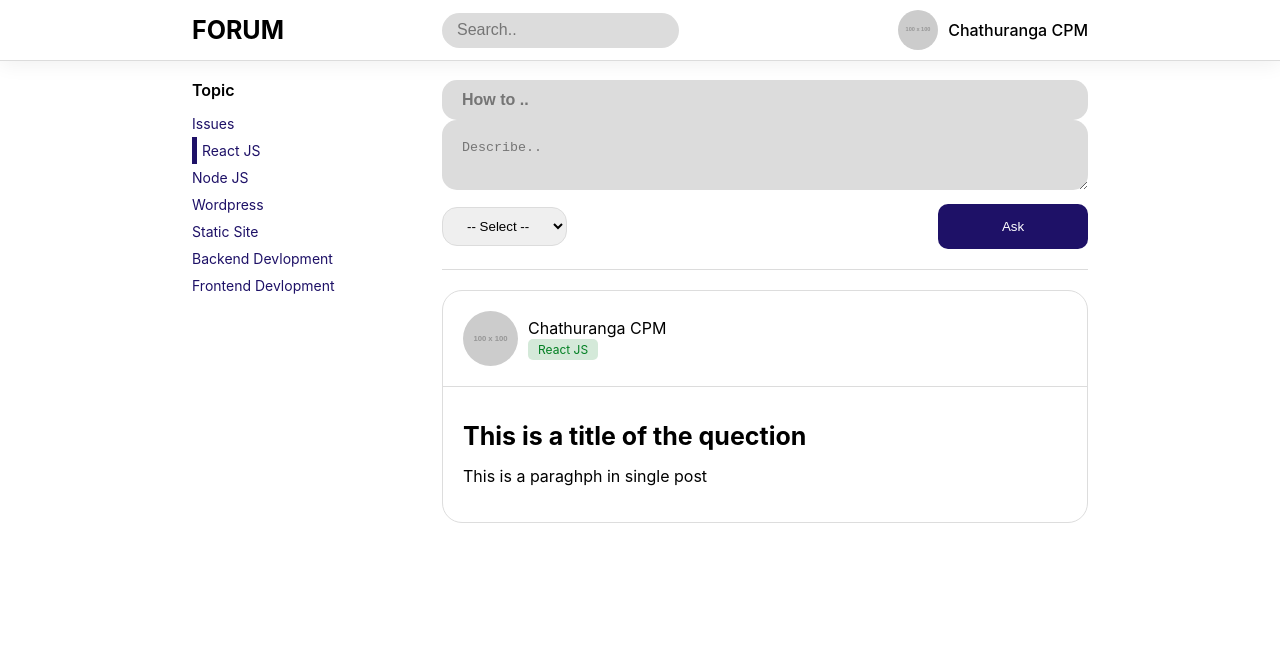
Repository: ChathurangaCPM/developer-forum
Page: / (app in client/)
The author's editor kept a copy of each file at every save. The page is drawn from the files as they stood at one save, then again after the next save.
The browser window is 1280 px wide. The pictures show the whole page.
The project was rebuilt for these pictures with package versions that can differ from the ones it lists, and the page was loaded fresh each time.

Above is the page before, as saved 2022-05-09 22:50:05.

### client/public/index.html
<!DOCTYPE html>
<html lang="en">
  <head>
    <meta charset="utf-8" />
    <link rel="icon" href="%PUBLIC_URL%/favicon.ico" />
    <meta name="viewport" content="width=device-width, initial-scale=1" />
    <meta name="theme-color" content="#000000" />
    <meta
      name="description"
      content="Web site created using create-react-app"
    />
    <link rel="apple-touch-icon" href="%PUBLIC_URL%/logo192.png" />
    <link rel="manifest" href="%PUBLIC_URL%/manifest.json" />

    <title>React App</title>
  </head>
  <body>
    <noscript>You need to enable JavaScript to run this app.</noscript>
    <div id="root"></div>

  </body>
</html>

### client/src/App.js
import MainHeader from "./components/MainHeader/MainHeader";
import SideBar from "./components/SideBar/SideBar";
import './App.min.css';
import AddQuestion from "./components/AddQuestion/AddQuestion";
import SingleQuestion from "./components/SingleQuestion/SingleQuestion";

function App() {
	return (
		<div className="main_wrapper">
			<MainHeader/>
			<div className="wrap_inner_data">
				<div className="side_bar">
					<SideBar/>
				</div>
				<div className="main_content_area">
					<AddQuestion/>

					{/* Load dynamically */}
					<SingleQuestion/>
				</div>
			</div>
		</div>
	);
}

export default App;

### client/src/components/MainHeader/MainHeader.js
import React from 'react';
import { Link } from 'react-router-dom';
import '../../scss/componets/MainHeader/MainHeader.min.css';

function MainHeader() {
	return (
		<div className="main_header">
			<div className="wrap_middle">

				<div className="main_logo">
					<span>FORUM</span>
				</div>


				<div className="search_form">
					<form method="">
						<input type="search" placeholder="Search.."/>
					</form>
				</div>

				<div className="user_pro">
					<img src="//dummyimage.com/100x100/000/fff"/>
					<span>Chathuranga CPM</span>
				</div>
			</div>
		</div>
	);
}

export default MainHeader;

### client/src/components/SideBar/SideBar.js
import '../../scss/componets/SideBar/SideBar.min.css';

function SideBar() {
	return (
		<div className="main_sidebar_wrapper">
			<div className="menu_area">
				<span className="title">Topic</span>
                <ul>
                    <li>Issues</li>
                    <li className="active">React JS</li>
                    <li>Node JS</li>
                    <li>Wordpress</li>
                    <li>Static Site</li>
                    <li>Backend Devlopment</li>
                    <li>Frontend Devlopment</li>
                </ul>
            </div>
		</div>
	);
}

export default SideBar;

### client/src/App.min.css
:root{--primary-color: rgb(30, 17, 103);--secondary-color: #ddd;--border-color: #dcdcdc}.main_wrapper{padding-top:80px}.main_wrapper .wrap_inner_data{display:-webkit-box;display:-ms-flexbox;display:flex;-ms-flex-wrap:wrap;flex-wrap:wrap;max-width:70%;margin:0 auto}.main_wrapper .wrap_inner_data .side_bar{width:250px}.main_wrapper .wrap_inner_data .main_content_area{width:calc(100% - 250px)}img{width:100%}

### client/src/components/AddQuestion/AddQuestion.js
import React from 'react';
import { Formik, Form, Field, ErrorMessage } from 'formik';

import '../../scss/componets/AddQuestion/AddQuestion.min.css';


function AddQuestion() {
	return (
		<div className="addquestion_wrapper">
			<form >
                <input type="text" placeholder="How to .."/>
                <textarea placeholder="Describe.."></textarea>
                <div className="selrct_cat">
                    <select>
                        <option>-- Select --</option>
                        <option value="reactjs">React Js</option>
                        <option value="reactjs">Node Js</option>
                    </select>
                    <button type="submit">Ask</button>
                </div>
            </form>
		</div>
	);
}

export default AddQuestion;

### client/src/components/SingleQuestion/SingleQuestion.js
import '../../scss/componets/SingleQuestion/SingleQuestion.min.css';

function SingleQuestion() {
	return (
		<div className="single_question_wrapper">
			<div className="header_wrap">
                <div className="profile">
                    <div className="pro_img">
                        <img src="http://dummyimage.com/100x100/000/fff"/>
                    </div>
                    <div className="wrap_right_data">
                        <span>Chathuranga CPM</span>
                        <div className="tag">React JS</div>
                    </div>
                </div>

            </div>

            <div className="cont_area">
                <h1>This is a title of the quection</h1>
                <p>
                    This is a paraghph in single post
                </p>
            </div>
		</div>
	);
}

export default SingleQuestion;

### client/src/scss/componets/MainHeader/MainHeader.min.css
.main_header{padding:10px 0;border-bottom:1px solid var(--border-color);-webkit-box-shadow:0px 4px 20px 0px rgba(0,0,0,0.06);box-shadow:0px 4px 20px 0px rgba(0,0,0,0.06);position:fixed;top:0;width:100%;z-index:10px;background:#fff}.main_header .wrap_middle{max-width:70%;margin:0 auto;display:-webkit-box;display:-ms-flexbox;display:flex;-webkit-box-align:center;-ms-flex-align:center;align-items:center}.main_header .wrap_middle .main_logo{width:250px}.main_header .wrap_middle .main_logo span{font-size:25px;font-weight:bold;text-transform:uppercase}.main_header .wrap_middle .search_form{width:calc(100% - 500px)}.main_header .wrap_middle .search_form input{border:none;font-size:16px;line-height:16px;height:35px;border-radius:20px;outline:none;background:var(--border-color);padding:0 15px}.main_header .wrap_middle .user_pro{width:250px;display:-webkit-box;display:-ms-flexbox;display:flex;-webkit-box-align:center;-ms-flex-align:center;align-items:center;-webkit-box-pack:end;-ms-flex-pack:end;justify-content:flex-end}.main_header .wrap_middle .user_pro img{width:40px;height:40px;border-radius:100%;overflow:hidden}.main_header .wrap_middle .user_pro span{padding-left:10px;font-weight:500}

### client/src/scss/componets/SideBar/SideBar.min.css
.main_sidebar_wrapper .menu_area span.title{font-weight:600;display:block;margin-bottom:10px}.main_sidebar_wrapper .menu_area ul{padding:0;list-style:none;margin:0}.main_sidebar_wrapper .menu_area ul li{color:var(--primary-color);padding:5px 0;font-size:14px;-webkit-transition:all 0.3s ease-in-out;transition:all 0.3s ease-in-out;border-left-width:0}.main_sidebar_wrapper .menu_area ul li:hover,.main_sidebar_wrapper .menu_area ul li.active{border-left:5px solid var(--primary-color);padding-left:5px;-webkit-transition:all 0.3s ease-in-out;transition:all 0.3s ease-in-out;cursor:pointer}

### client/src/scss/componets/AddQuestion/AddQuestion.min.css
.addquestion_wrapper{margin-bottom:20px;padding-bottom:20px;border-bottom:1px solid var(--border-color)}.addquestion_wrapper form{width:100%}.addquestion_wrapper form .error_msg{font-size:12px;color:#ff0000}.addquestion_wrapper form .wrap_input{margin-bottom:20px}.addquestion_wrapper form input{height:40px;font-size:16px;font-weight:bold;padding:0 20px;border:none;background:var(--border-color);border-radius:15px;width:calc(100% - 40px)}.addquestion_wrapper form textarea{width:calc(100% - 40px);border:none;background:var(--border-color);padding:20px;outline:none;border-radius:15px;max-width:calc(100% - 40px);min-width:calc(100% - 40px)}.addquestion_wrapper form .selrct_cat{display:-webkit-box;display:-ms-flexbox;display:flex;-webkit-box-align:center;-ms-flex-align:center;align-items:center;-webkit-box-pack:justify;-ms-flex-pack:justify;justify-content:space-between;padding-top:10px}.addquestion_wrapper form .selrct_cat select{border:1px solid var(--border-color);padding:10px 20px;border-radius:15px}.addquestion_wrapper form .selrct_cat button{width:150px;background:var(--primary-color);border:none;padding:15px;color:#fff;border-radius:10px}

### client/src/scss/componets/SingleQuestion/SingleQuestion.min.css
.single_question_wrapper{border:1px solid var(--secondary-color);border-radius:20px;margin-bottom:20px}.single_question_wrapper .header_wrap .profile{display:-webkit-box;display:-ms-flexbox;display:flex;-webkit-box-align:center;-ms-flex-align:center;align-items:center;padding:20px;border-bottom:1px solid var(--border-color)}.single_question_wrapper .header_wrap .profile .pro_img{width:55px;height:55px;overflow:hidden;border-radius:100%}.single_question_wrapper .header_wrap .profile .wrap_right_data{padding-left:10px}.single_question_wrapper .header_wrap .profile .wrap_right_data span{display:block}.single_question_wrapper .header_wrap .profile .wrap_right_data .tag{display:inline-block;padding:3px 10px;border-radius:5px;background:rgba(0,127,34,0.169);color:#007f22;font-size:12px}.single_question_wrapper .cont_area{padding:20px}.single_question_wrapper .cont_area h1{font-size:25px;line-height:25px}

Loaded but not shown: client/src/index.js (common file); client/src/index.css (common file); client/src/reportWebVitals.js (common file)

After the next save:
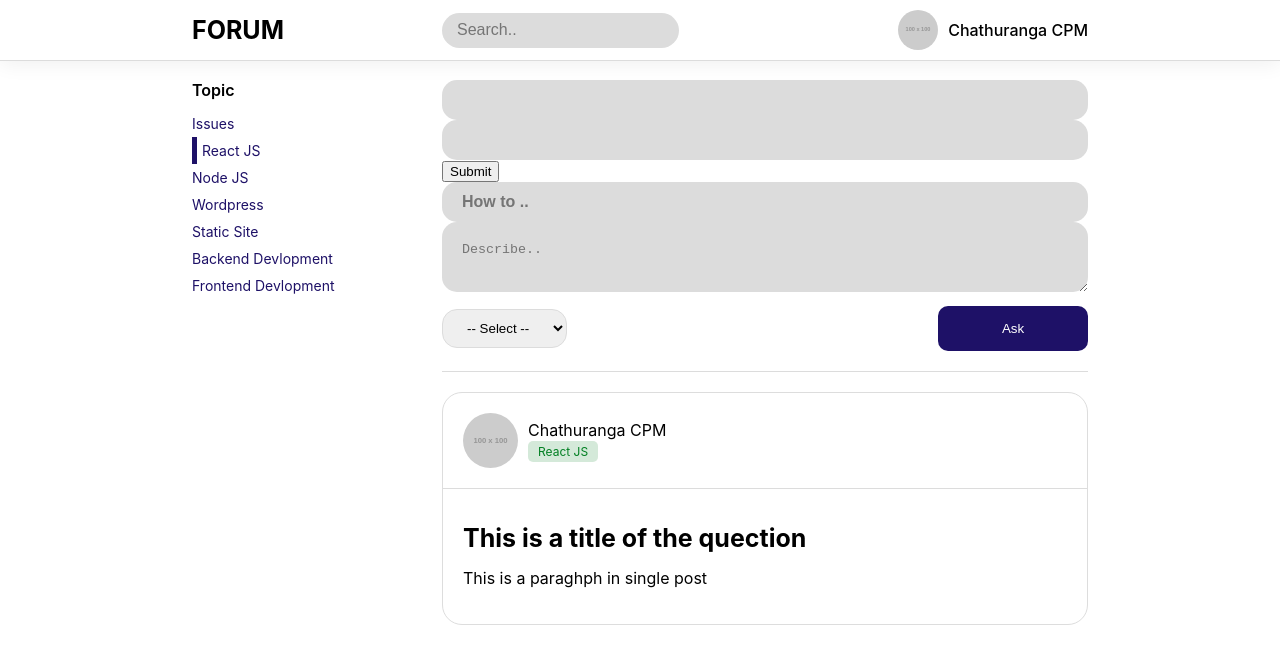
Saved 12 s later.
--- a/client/src/components/AddQuestion/AddQuestion.js
+++ b/client/src/components/AddQuestion/AddQuestion.js
@@ -7,6 +7,38 @@ import '../../scss/componets/AddQuestion/AddQuestion.min.css';
 function AddQuestion() {
 	return (
 		<div className="addquestion_wrapper">
+            <Formik
+       initialValues={{ email: '', password: '' }}
+       validate={values => {
+         const errors = {};
+         if (!values.email) {
+           errors.email = 'Required';
+         } else if (
+           !/^[A-Z0-9._%+-]+@[A-Z0-9.-]+\.[A-Z]{2,}$/i.test(values.email)
+         ) {
+           errors.email = 'Invalid email address';
+         }
+         return errors;
+       }}
+       onSubmit={(values, { setSubmitting }) => {
+         setTimeout(() => {
+           alert(JSON.stringify(values, null, 2));
+           setSubmitting(false);
+         }, 400);
+       }}
+     >
+       {({ isSubmitting }) => (
+         <Form>
+           <Field type="email" name="email" />
+           <ErrorMessage name="email" component="div" />
+           <Field type="password" name="password" />
+           <ErrorMessage name="password" component="div" />
+           <button type="submit" disabled={isSubmitting}>
+             Submit
+           </button>
+         </Form>
+       )}
+     </Formik>
 			<form >
                 <input type="text" placeholder="How to .."/>
                 <textarea placeholder="Describe.."></textarea>
